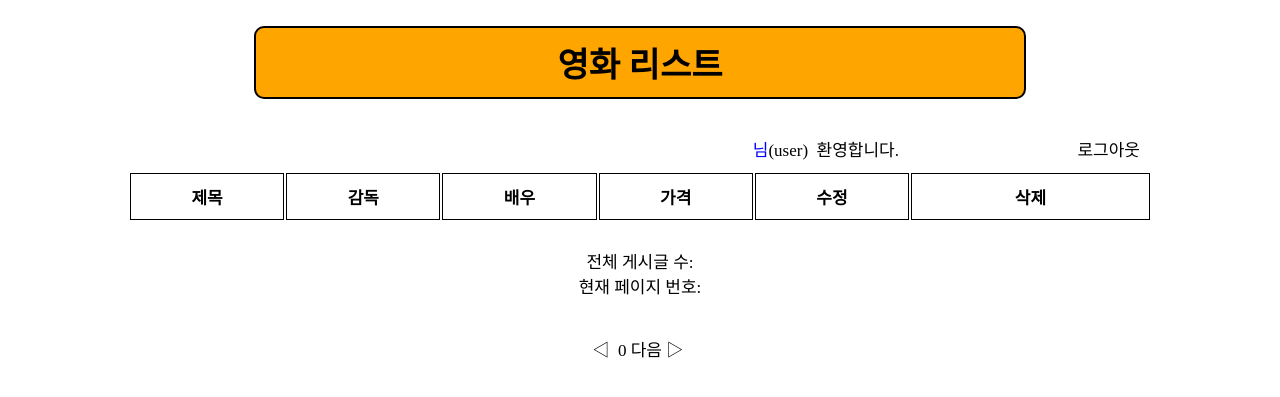
Repository: EverythingOfC/movie
Page: http://localhost/movie/movie/list.jsp
An editor plug-in stored every save of this project. The page is shown before and after the next save, followed by the edit.
The browser window is 1280 px wide. The pictures show the whole page.
The page is served by Tomcat 9. Nobody is signed in. The application's start-up code is not run. Other server files are loaded and not shown. The template is opened directly, without the code that normally fills it, so the values that code supplies are empty.

Above is the page before, as saved 2023-01-03 09:42:14.

### movie/src/main/webapp/movie/list.jsp
<%@ page language="java" contentType="text/html; charset=UTF-8"
	pageEncoding="UTF-8"%>
<%@ taglib prefix="c" uri="http://java.sun.com/jsp/jstl/core"%>
<!DOCTYPE html>
<html>
<head>
<meta charset="UTF-8">
<title>Insert title here</title>
<link rel="stylesheet" type="text/css" href="../css/movie.css">
</head>
<body>

	<div class="title">
		<h1>영화 리스트</h1>
	</div>

	<div class="main">
		<table>

			<tr>

				<td colspan="5" style="border:0; text-align:right;">
				<c:choose>
					<c:when test="${member.auth eq '1' }">
					<span style="color:red">${member.name}님</span>(admin)
					</c:when>
					<c:otherwise>
					<span style="color:blue">${member.name}님</span>(user)
					</c:otherwise>
				</c:choose>&nbsp;환영합니다.
				</td>
				<td style="border: 0; text-align: right; margin-top: 2vw;">

					<c:if test="${member.auth eq '1' }"><!-- 관리자인 경우에만 -->
					<a href="ms?command=insertForm">영화등록</a>&nbsp;&nbsp;
					</c:if>
					<a href="ms?command=loginForm">로그아웃</a>
				</td>
			</tr>

			<tr>
				<th>제목</th>
				<th>감독</th>
				<th>배우</th>
				<th>가격</th>
				<th>수정</th>
				<th>삭제</th>
			</tr>

			<c:forEach var="movie" items="${movies }">
				<tr>
					<td><a style="color:red;" href="ms?command=view&code=${movie.code}">${movie.title }</a></td>
					<td>${movie.director }</td>
					<td>${movie.actor }</td>
					<td>${movie.price }</td>


					<c:choose>
						<c:when test="${member.auth eq '1' }">	<!-- 관리자인 경우 -->
							<td><a href="ms?command=updateForm&code=${movie.code}">정보
									수정</a></td>
							<td><a href="ms?command=delete&code=${movie.code }">정보
									삭제</a></td>
						</c:when>
						<c:otherwise>
							<td>사용자는 수정불가</td>
							<td>사용자는 삭제불가</td>
						</c:otherwise>

					</c:choose>

				</tr>
			</c:forEach>
		</table>
	</div>

	<div class="page">

		<c:set var="page" value="${paging.getCurrentPage() }"/> <!--  현재 페이지 -->
		<c:set var="beginPage" value="${paging.getBeginPage() }"/>
		<c:set var="endPage" value="${paging.getEndPage() }"/>
		<c:set var="totalPage" value="${paging.getTotalPage() }"/>
		<c:set var="url" value="${url }"/>
		<c:set var="displayPage" value="${paging.getDisplayPage() }"/>


		<p>전체 게시글 수: <span style="color:red">${paging.getTotalCount() }</span></p>
		<p>현재 페이지 번호: <span style="color:red">${page }</span></p>
	</div>


	<div class="pagination">


	<!--  처음으로  -->
	<c:if test="${page == 1}">
		<span> ◁&nbsp; </span>
	</c:if>

	<c:if test="${page != 1 }">
		<a href="${url}&page=1">
		<span> ◁&nbsp; </span>
		</a>
	</c:if>

	<!--  이전으로 -->
		<c:if test="${ page<=1 }">
				<span>이전</span>
		</c:if>
		<c:if test="${ page>1 }">
			<a href="${url }&page=${page-1}">이전</a>
		</c:if>

		<!--  넘버링 부분 -->
		<c:forEach var="item" varStatus = "status" begin="${beginPage }" end="${endPage }" step = "1">

		<c:if test="${page == item }">	<!--  현재 페이지는 클릭 못함 -->
			<span style="font-size:16px; color:red">${item }</span>
		</c:if>

		<c:if test="${page != item }">  <!--  현재 페이지가 아니면 클릭 가능 -->
			<a href="${url }&page=${item}">${item }</a>
		</c:if>

		</c:forEach>


		<!--  다음으로 -->
		<c:if test="${ page>=totalPage }">
				<span>다음</span>
		</c:if>
		<c:if test="${ page<totalPage }">
			<a href="${url }&page=${page+1}">다음</a>
		</c:if>

	<!-- 마지막으로  -->
	<c:if test="${page == totalPage }">
		<span> ▷&nbsp; </span>
	</c:if>
	<c:if test="${page != totalPage }">
		<a href="${url}&page=${totalPage}">
		<span> ▷&nbsp; </span>
		</a>
	</c:if>
	</div>
</body>
</html>

### movie/src/main/webapp/css/movie.css
@charset "UTF-8";

*{
	margin: 0 auto;
}
body{
	font-size:17px;
}
img{
	border:0;
}
a{
	text-decoration:none;
	color:black;
}
a:hover{
	font-weight:bold;
}
li{
	list-style: none;
}

.title{
	margin:2vw auto;
	text-align:center;
	border:2px solid black;
	border-radius:10px;
	background:orange;
	width:60%;
	padding:10px 0;
}
.main table{
	width:80%;
}
.main td,.main th{
	padding:10px;
	border:1px solid black;
	border-collapse: collapse;
}

.insert table td{
	text-align:center;
}
.insert table td input, .i_button input, .insert table td img{
	padding:8px 15px;
	font-weight:bold;
	font-size:14px;
}
.insert table{
	width:50%;
	font-size:17px;
}
.insert td,.insert th{
	padding:8px;
	border:1px solid black;
	border-collapse: collapse;
}
.i_button{
	margin-top:1vw;
	width:50%;
	text-align:center;
}


.login table td{
	text-align:center;
}
.login table td input, .l_button input{
	padding:11px 15px;
	font-weight:bold;
	font-size:14px;
}
.login table{
	width:50%;
	font-size:17px;
}
.login td,.login th{
	padding:8px;
	border:1px solid black;
	border-collapse: collapse;
}
.l_button{
	margin-top:2vw;
	width:50%;
	text-align:center;
}



.sign table td{
	text-align:center;
}

.sign table td label{
	display:inline-block;
	padding:8px 15px;
	font-size:14px;
 }
.sign table td input, .s_button input{
	padding:8px 15px;
	font-weight:bold;
	font-size:14px;
}
.sign table{
	width:50%;
	font-size:17px;
}
.sign td,.sign th{
	padding:8px;
	border:1px solid black;
	border-collapse: collapse;
}
.s_button{
	margin-top:2vw;
	width:50%;
	text-align:center;
}


.update table td{
	text-align:center;
}
.update table td input, .u_button input, .update table td img{
	padding:8px 15px;
	font-weight:bold;
	font-size:14px;
}
.update table{
	width:50%;
	font-size:17px;
}
.update td,.update th{
	padding:8px;
	border:1px solid black;
	border-collapse: collapse;
}
.u_button{
	margin-top:1vw;
	width:50%;
	text-align:center;
}


.view table td{
	text-align:center;
}
.view table td input, .v_button input, .view table td img{
	padding:8px 15px;
	font-weight:bold;
	font-size:14px;
}
.view table{
	width:50%;
	font-size:17px;
}
.view td,.view th{
	padding:8px;
	border:1px solid black;
	border-collapse: collapse;
}
.v_button{
	margin-top:1vw;
	width:50%;
	text-align:center;
}

.page,.pagination{
	width:70%;
	margin-top:2vw;
	text-align:center;
}
.pagination{
	margin-top:3vw;
}

After the next save:
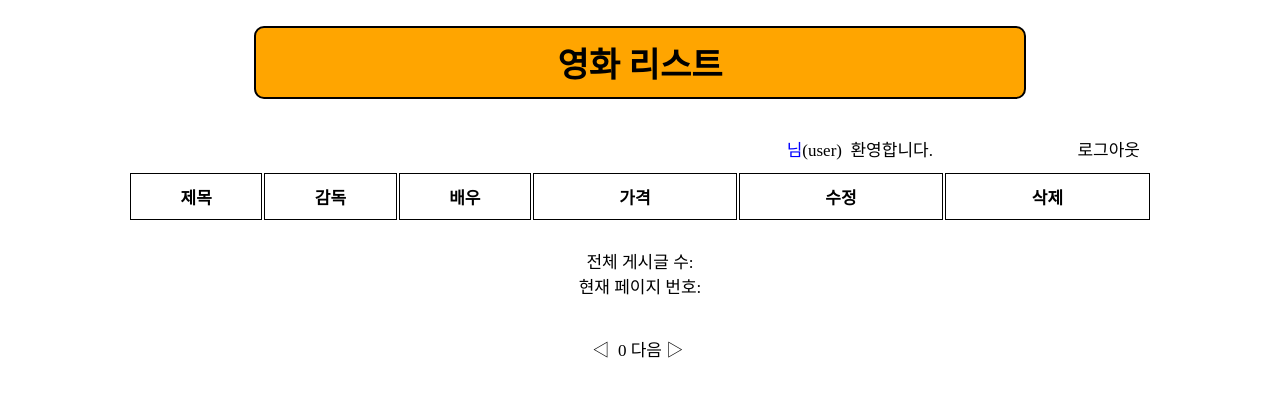
Saved 99 s later.
--- a/movie/src/main/webapp/movie/list.jsp
+++ b/movie/src/main/webapp/movie/list.jsp
@@ -18,8 +18,8 @@
 		<table>
 
 			<tr>
-
-				<td colspan="5" style="border:0; text-align:right;">
+				<td colspan="3" style="border:0; text-align:center;">
+				<td colspan="2" style="border:0; text-align:right;">
 				<c:choose>
 					<c:when test="${member.auth eq '1' }">
 					<span style="color:red">${member.name}님</span>(admin)
